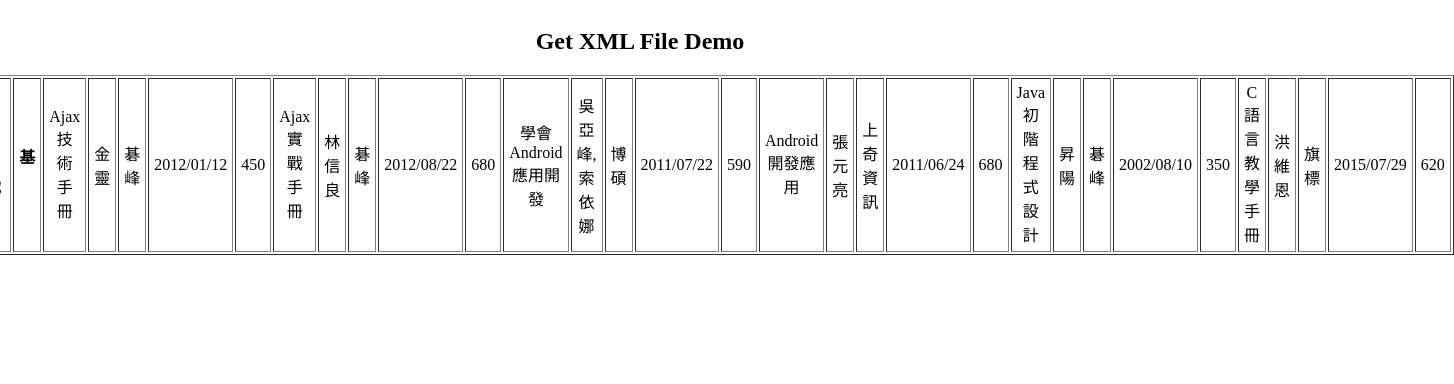
Repository: milkyeway/Ajax
Page: Ajax/src/main/webapp/m04/book2.html
The author's editor kept a copy of each file at every save. The page is drawn from the files as they stood at one save, then again after the next save.
The browser window is 1280 px wide. The page is 1454 px wide, then 1280 px, so the pictures cover 1454 px, including what lies to the right of the window. The pictures show the whole page.

Above is the page before, as saved 2022-03-28 02:58:05.

After the next save:
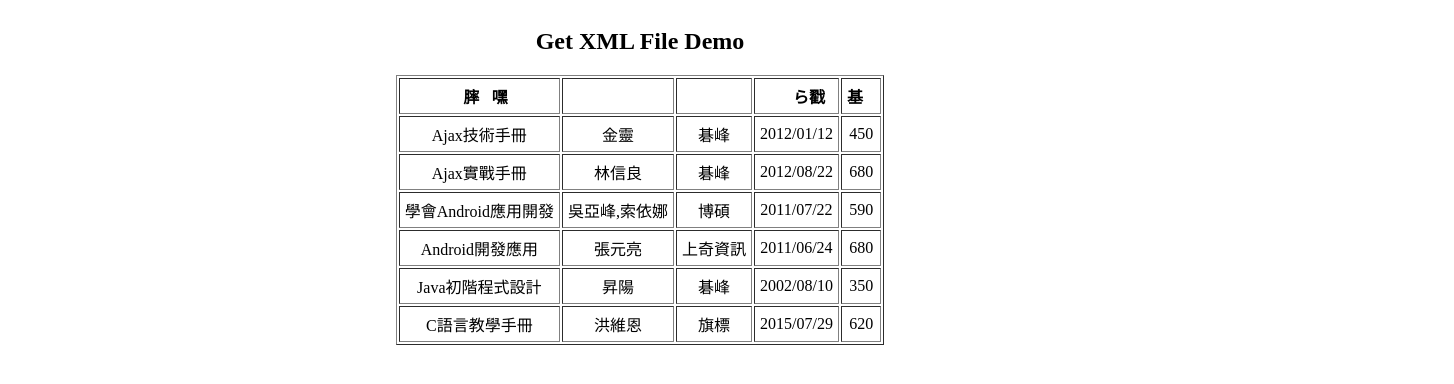
Saved 13 s later.
--- a/Ajax/src/main/webapp/m04/book2.html
+++ b/Ajax/src/main/webapp/m04/book2.html
@@ -24,7 +24,7 @@ th, td {
 			var txt = "<tr><th>膟嘿<th><th><th>ら戳<th>基";
 			var books = xmlDoc.getElementsByTagName("book");
 			for (let i = 0; i < books.length; i++) {
-				txt += "<td>" + books[i].getAttribute("title");
+				txt += "<tr><td>" + books[i].getAttribute("title");
 				txt += "<td>" + books[i].getAttribute("author");
 				txt += "<td>" + books[i].getAttribute("publisher");
 				txt += "<td>" + books[i].getAttribute("publishDate");
